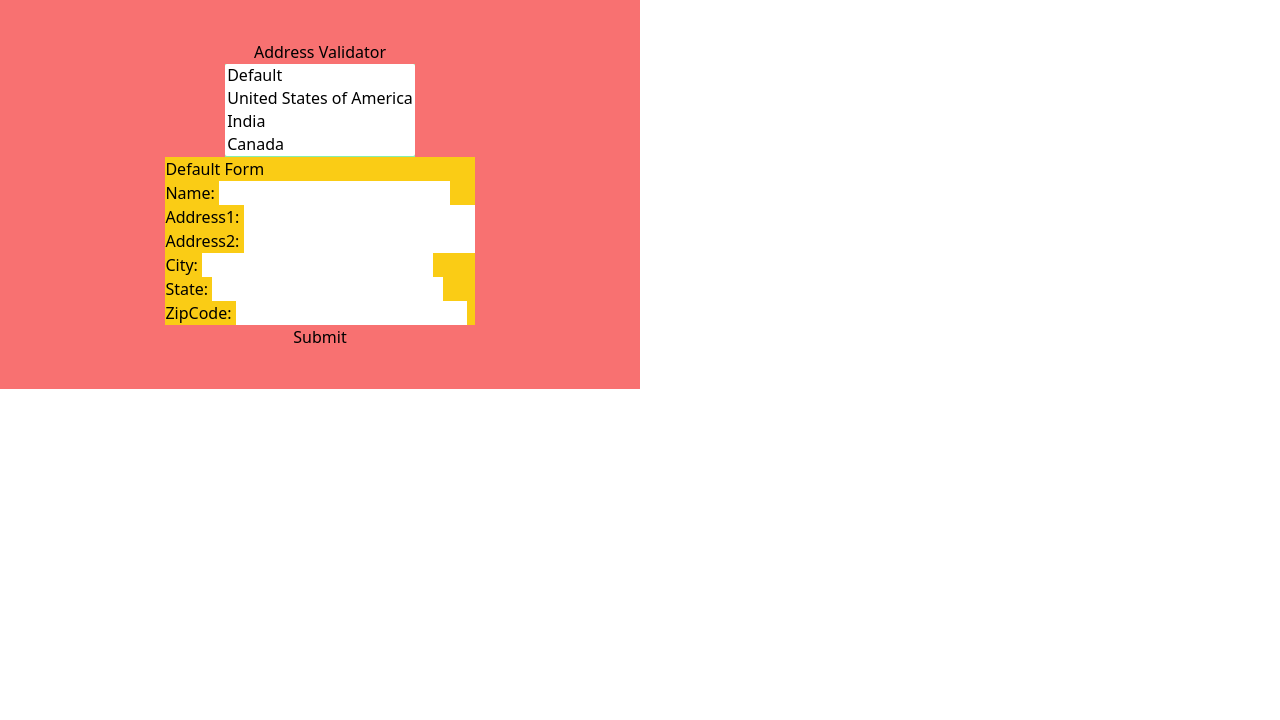
Repository: jay-singhvi/SWArchDesign_TeamProject
Page: / (app in frontend/address-validation/)
An editor plug-in stored every save of this project. The page is shown before and after the next save, followed by the edit.
The browser window is 1280 px wide. The pictures show the whole page.
The project was rebuilt for these pictures with package versions that can differ from the ones it lists, and the page was loaded fresh each time. Also part of the build but not shown: frontend/address-validation/src/App.css.

Above is the page before, as saved 2023-03-07 13:39:13.

### frontend/address-validation/src/App.js

import './App.css';
import React, { useState, setState } from 'react';

// React component for creating and sending POST request
function App() {

  // variables to handle the Request and Response
  const [countryList, setCountryList] = useState("");
  const [formData, setFormData] = useState(null);
  const [responseData, setResponseData] = useState(null);

  // Set of Counries under consideration
  const countries = [
    { name: "Default"},
    { name: "United States of America"},
    { name: "India"},
    { name: "Canada"}
  ];

  // Function to render form based on Countries
  function renderForm() {
    if (countryList.length === 1) {
      console.log(countryList)
        if(countryList.includes("United States of America"))
          return <USAForm setFormData={setFormData} />;
        else if(countryList.includes("India"))
          return <IndiaForm setFormData={setFormData} />;
        else if(countryList.includes("Canada"))
          return <CanadaForm setFormData={setFormData} />;
        else
          return <DefaultForm setFormData={setFormData} />;
    }
    // Renders form for multiple selected countries
    else {
      return <DefaultForm setFormData={setFormData} />
    }
  }

  // Handles selected country and set ths
  function handleSelectedCountry(event) {
    const selectedOptions = Array.from(event.target.selectedOptions);
    const selectedValues = selectedOptions.map(option => option.value);
    setCountryList(selectedValues);
  }

  // Finds address based on the form data
  async function findAddress(event) {
    event.preventDefault();

    // If only one country is selected
    if(countryList.length === 1) {

      //If selected country id default then send country field empty in JSON request
      if(countryList[0] === 'Default')
      {
        countryList[0] = ''
      }
      const updatedFormData = {...formData, "Country": countryList[0]};

      // If form data has Name attribute then search based on name and country
      if(formData !== null && formData.Name !== null){
        try {
          const response = await fetch("http://localhost:5000/api/searchCountriesByClient", {
            method: "POST",
            headers: {
              "Content-Type": "application/json",
            },
            body: JSON.stringify(updatedFormData),
          });

          const data = await response.json();
          setResponseData(data);
        } catch (error) {
          console.error(error);
          setResponseData({ error: "An error occurred" });
        }
      }

      //If name is not mentioned then populate all addresses for that country based on JSON request
      else {
        try {
          const response = await fetch("http://localhost:5000/api/searchCountry", {
            method: "POST",
            headers: {
              "Content-Type": "application/json",
            },
            body: JSON.stringify(updatedFormData),
          });

          const data = await response.json();
          setResponseData(data);
        } catch (error) {
          console.error(error);
          setResponseData({ error: "An error occurred" });
        }
      }
    }
    //If more one country is selected then send the list of countries with JSON request
    else if(countryList.length > 1){
      const updatedFormData = {...formData, "Country": countryList};

      try {
        const response = await fetch("http://localhost:5000//api/searchCountries", {
          method: "POST",
          headers: {
            "Content-Type": "application/json",
          },
          body: JSON.stringify(updatedFormData),
        });

        const data = await response.json();
        setResponseData(data);
      } catch (error) {
        console.error(error);
        setResponseData({ error: "An error occurred" });
      }
    }
    // If only name is mentioned then look for that name in all countries
    else if(formData !== null && formData.Name !== null){
      try {
        const response = await fetch("http://localhost:5000/api/searchCountriesByClient", {
          method: "POST",
          headers: {
            "Content-Type": "application/json",
          },
          body: JSON.stringify(formData),
        });

        const data = await response.json();
        setResponseData(data);
      } catch (error) {
        console.error(error);
        setResponseData({ error: "An error occurred" });
      }
    }
    setFormData({});
  }

  // Give all the options of countries to user for selection
  return (
    <div className=' items-center bg-red-400 w-1/2'>
    <div className='  py-10 flex flex-col items-center justify-between'>
      <h1>Address Validator</h1>
      <div className=' bg-green-300'>
        <select multiple value={countryList} onChange={handleSelectedCountry}>
          {countries.map((country) => (
            <option key={country.name} value={country.name}>
              {country.name}
            </option>
          ))}
        </select>
      </div>

      {renderForm()}

      <button type="submit" onClick={findAddress}>
          Submit
        </button>

      {responseData && (
        <div>
          <h2>Post Result:</h2>
          <pre>{JSON.stringify(responseData, null, 2)}</pre>
        </div>
      )}
      </div>
    </div>

  );
}

// React component to render USA specific form
function USAForm({setFormData}) {
  const [formValues, setFormValues] = useState({});
  function updateForm(event) {
    setFormValues({
      ...formValues,
      [event.target.name]: event.target.value,
    });
    setFormData({
      ...formValues,
      [event.target.name]: event.target.value,
    });
  }

  return (
    <div>
      <form>
        <h2>United States Form</h2>
        Name: <input type="text" name="Name" onChange={updateForm} />
        <br/>
        Address1: <input type="text" name="Address1" onChange={updateForm} />
        <br/>
        Address2: <input type="text" name="Address2" onChange={updateForm} />
        <br/>
        City: <input type="text" name="City" onChange={updateForm} />
        <br/>
        State: <input type="text" name="State" onChange={updateForm} />
        <br/>
        ZipCode: <input type="text" name="Zipcode" onChange={updateForm} />
        <br/>
      </form>
    </div>
  );
}

// React component to render Canada specific form
function CanadaForm({setFormData}) {
  const [formValues, setFormValues] = useState({});
  function updateForm(event) {
    setFormValues({
      ...formValues,
      [event.target.name]: event.target.value,
    });
    setFormData({
      ...formValues,
      [event.target.name]: event.target.value,
    });
  }

  return (
    <div>
      <form>
        <h2>Canada Form</h2>
        Name: <input type="text" name="Name" onChange={updateForm} />
        <br/>
        Address1: <input type="text" name="Address1" onChange={updateForm} />
        <br/>
        Address2: <input type="text" name="Address2" onChange={updateForm} />
        <br/>
        City: <input type="text" name="City" onChange={updateForm} />
        <br/>
        Province: <input type="text" name="State" onChange={updateForm} />
        <br/>
        Postalcode: <input type="text" name="ZipCode" onChange={updateForm} />
      </form>
    </div>
  );
}

// React component to render India specific form
function IndiaForm({setFormData}) {
  const [formValues, setFormValues] = useState({});
  function updateForm(event) {
    setFormValues({
      ...formValues,
      [event.target.name]: event.target.value,
    });
    setFormData({
      ...formValues,
      [event.target.name]: event.target.value,
    });
  }

  return (
    <div>
      <form>
        <h2>India Form</h2>
        Name: <input type="text" name="Name" onChange={updateForm} />
        <br/>
        Street Address: <input type="text" name="Address1" onChange={updateForm} />
        <br/>
        Address2: <input type="text" name="Address2" onChange={updateForm} />
        <br/>
        City: <input type="text" name="City" onChange={updateForm} />
        <br/>
        State: <input type="text" name="State" onChange={updateForm} />
        <br/>
        Pincode: <input type="text" name="ZipCode" onChange={updateForm} />
        <br/>
      </form>
    </div>
  );
}

// React component to render default form
function DefaultForm({setFormData}) {

  const [formValues, setFormValues] = useState({});
  function updateForm(event) {
    setFormValues({
      ...formValues,
      [event.target.name]: event.target.value,
    });
    setFormData({
      ...formValues,
      [event.target.name]: event.target.value,
    });
  }

  return (
    <div className='  bg-yellow-400'>
      <h2>Default Form</h2>
        Name: <input type="text" name="Name" onChange={updateForm} />
        <br/>
        Address1: <input type="text" name="Address1" onChange={updateForm} />
        <br/>
        Address2: <input type="text" name="Address2" onChange={updateForm} />
        <br/>
        City: <input type="text" name="City" onChange={updateForm} />
        <br/>
        State: <input type="text" name="State" onChange={updateForm} />
        <br/>
        ZipCode: <input type="text" name="Zipcode" onChange={updateForm} />
        <br/>
    </div>
  );
}

export default App;

Loaded but not shown: frontend/address-validation/public/index.html (common file); frontend/address-validation/src/index.js (common file); frontend/address-validation/src/index.css (common file); frontend/address-validation/src/reportWebVitals.js (common file); frontend/address-validation/tailwind.config.js (common file)

After the next save:
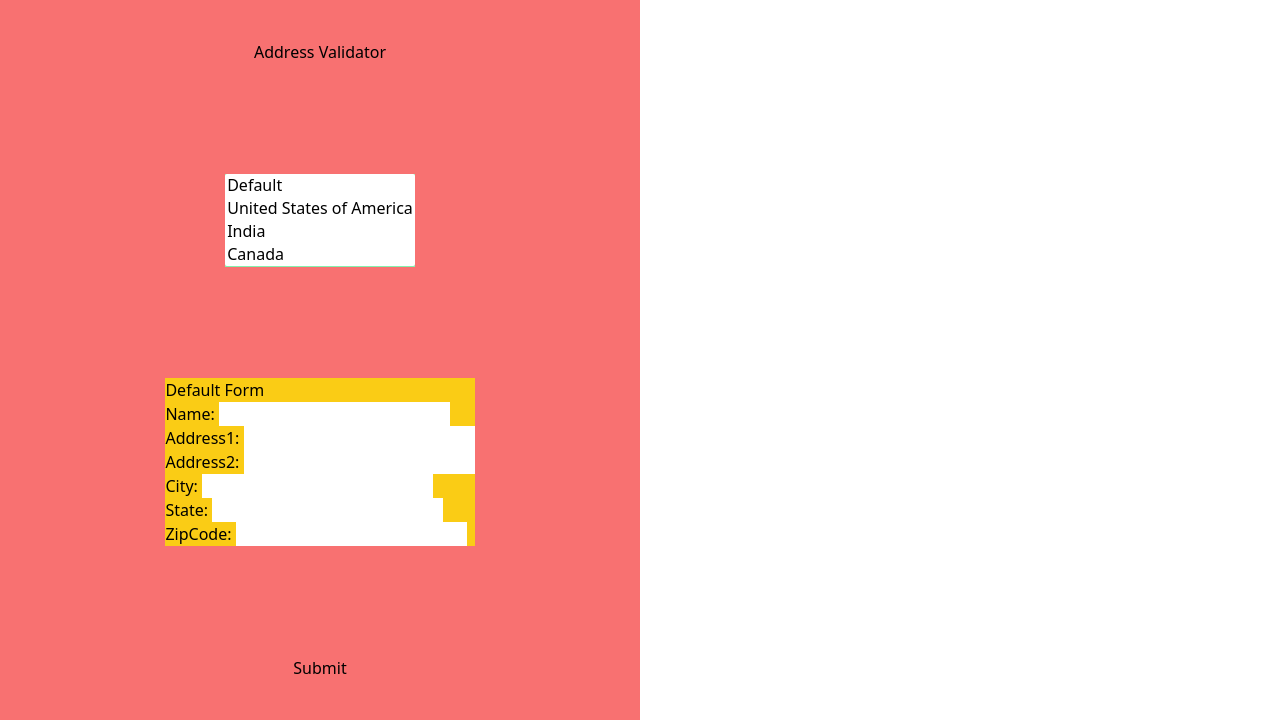
Saved 5 s later.
--- a/frontend/address-validation/src/App.js
+++ b/frontend/address-validation/src/App.js
@@ -140,7 +140,7 @@ function App() {
   // Give all the options of countries to user for selection
   return (
     <div className=' items-center bg-red-400 w-1/2'>
-    <div className='  py-10 flex flex-col items-center justify-between'>
+    <div className='  py-10 flex flex-col items-center justify-between min-h-screen'>
       <h1>Address Validator</h1>
       <div className=' bg-green-300'>
         <select multiple value={countryList} onChange={handleSelectedCountry}>
